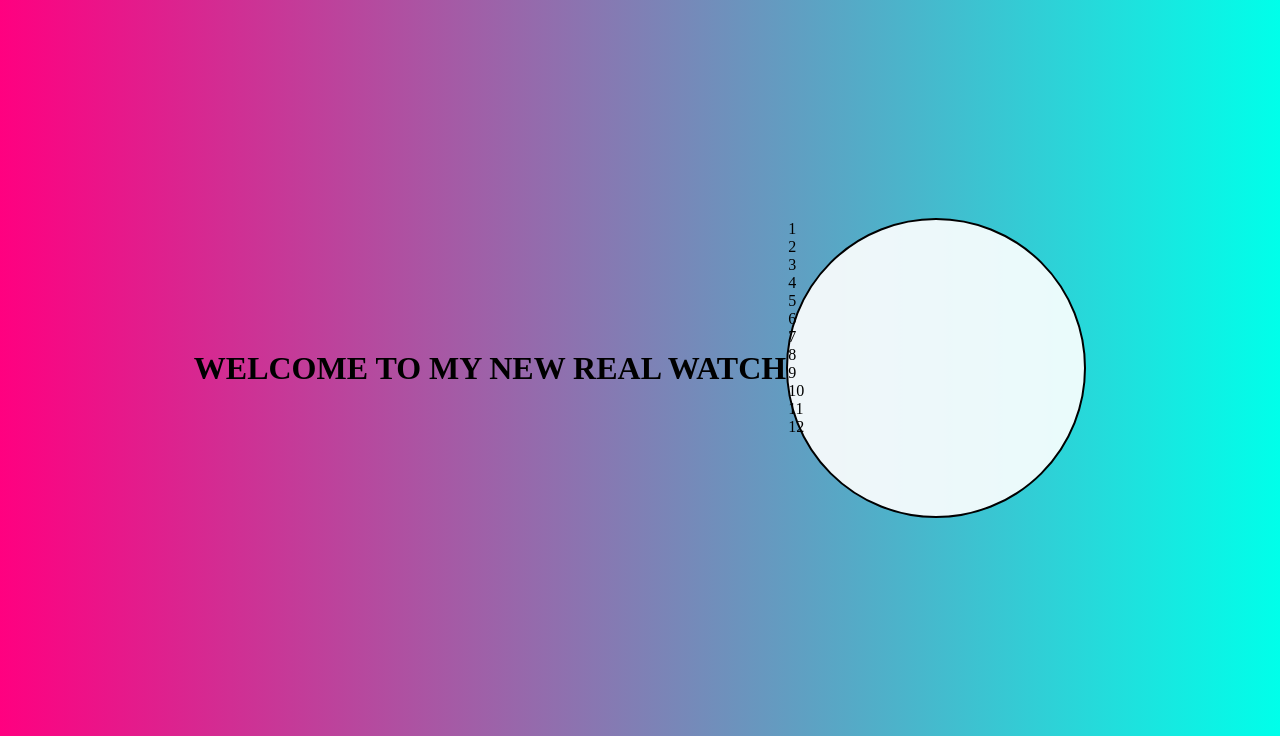
Repository: mirambialex/watch
Page: clock.html
An editor plug-in stored every save of this project. The page is shown before and after the next save, followed by the edit.
The browser window is 1280 px wide. The pictures show the whole page.

Above is the page before, as saved 2024-04-29 11:15:07.
Console error: SyntaxError: Unexpected token 'const'

### clock.html
<!DOCTYPE html>
<html lang="en">
<head>
    <meta charset="UTF-8">
    <meta name="viewport" content="width=device-width, initial-scale=1.0">
    <link rel="stylesheet" href="clock.css">
    <title></title>
</head>
<h1>WELCOME TO MY NEW REAL WATCH</h1>
<body>
    <div class="CLOCK">
        <div class="hour hand" data-hour-hand></div>
        <div class="minute hand" data-minute-hand></div>
        <div class="second hand" data-second-hand></div>
        <div class="NUMBER NUMBER1">1</div>
        <div class="NUMBER NUMBER2">2</div>
        <div class="NUMBER NUMBER3">3</div>
        <div class="NUMBER NUMBER4">4</div>
        <div class="NUMBER NUMBER5">5</div>
        <div class="NUMBER NUMBER6">6</div>
        <div class="NUMBER NUMBER7">7</div>
        <div class="NUMBER NUMBER8">8</div>
        <div class="NUMBER NUMBER9">9</div>
        <div class="NUMBER NUMBER10">10</div>
        <div class="NUMBER NUMBER11">11</div>
        <div class="NUMBER NUMBER12">12</div>

    </div>
    <script>
        setInterval(setCLOCK, 1000)
        const hourHand= document.querySelector ("[data-hour-hand]")
        const minuteHand = document.querySelector ("[data-minute-hand]")
        const secondHand = document.querySelector ("[data-second-hand]")

        function setCLASS() {
            const currentDate=new Date()
            const secondRatio =currentDate.getSeconds() / 60
            const minutesRatio =(secondRatio+currentDate.getMinutes())/
            const hoursRatio=(minutesRatio+currentDate.gethours())/
            setrotatio(secondHand,secondsRatio)
            setratotion(minuteHand,minutesratio)
            setrotatio(hourHand,hoursRatio)
        }function setratotio
</script>

</body>
</html>

### clock.css
*,*::after,*::before{
    box-sizing: border-box;
    font-family: 'Times New Roman', Times, serif;

}
body{
    background: linear-gradient(to right,rgb(255,0,128),hsl(175,100%,50%));
    display: flex;
    justify-content: center;
    align-items: center;
    min-height: 100vh;
    overflow: hidden;

}
.CLOCK{
    width: 300px;
    height: 300px;
    background-color: rgb(255,255,255,.9);
    border-radius: 50%;
    border: 2px solid black;
    position: relative;
}
.CLOCK.NUMBER{
    --rotation:0;
    position: absolute;
    width: 100%;
    height: 100%;
    text-align: center;
    transform: rotate(var(--rotation));
    font-size: 1.5rem;

    .CLOCK.NUMBER1{--rotation:30deg}
    .CLOCK.NUMBER2{--rotation:60deg}
    .CLOCK.NUMBER3{--rotation:90deg}
    .CLOCK.NUMBER4{--rotation:120deg}
    .CLOCK.NUMBER5{--rotation:150deg}
    .CLOCK.NUMBER6{--rotation:180deg}
    .CLOCK.NUMBER7{--rotation:210deg}
    .CLOCK.NUMBER8{--rotation:240deg}
    .CLOCK.NUMBER9{--rotation:270deg}
    .CLOCK.NUMBER10{--rotation:300deg}
    .CLOCK.NUMBER11{--rotation:330deg}

}
.CLOCK.hand{
    --rotation:0;
    position:absolute;
    bottom: 50%;
    left: 50%;
    background-color: black;
    border: 1px solid rgb(136,99,224);
    border-top-left-radius: 10px;
    border-top-right-radius: 10px;
    transform-origin: bottom;
    z-index:10;
    transform: translateX(-50%)rotation(calc(var--rotation)*1deg));

}
.CLOCK::after{
    content: " ";
    position: absolute;
    background-color: black;
    z-index: 11;
    width: 15;
    height: 15;
    top:5%;
    left: 50%;
    transform: translateX(-50%,-50%);
    border-radius: 50%;

}
.CLOCK.hand.second{
    width: 3px;
    height: 45%;
    background-color: rgb(221,65,198);
}
.CLOCK.hand.minute{
    width: 7px;
    height: 40%;
    border-color: rgb(69,19,187);

}
.CLOCK.hand.hour{
    width: 10px;
    height: 35%;
    background-color: rgb(166,209,9);
}
.header{
    font-family: 'Courier New', Courier, monospace;
    text-align: center;
    text-transform: capitalize;
    width: 100px;
    background-color: blueviolet;
    position: top;
}

After the next save:
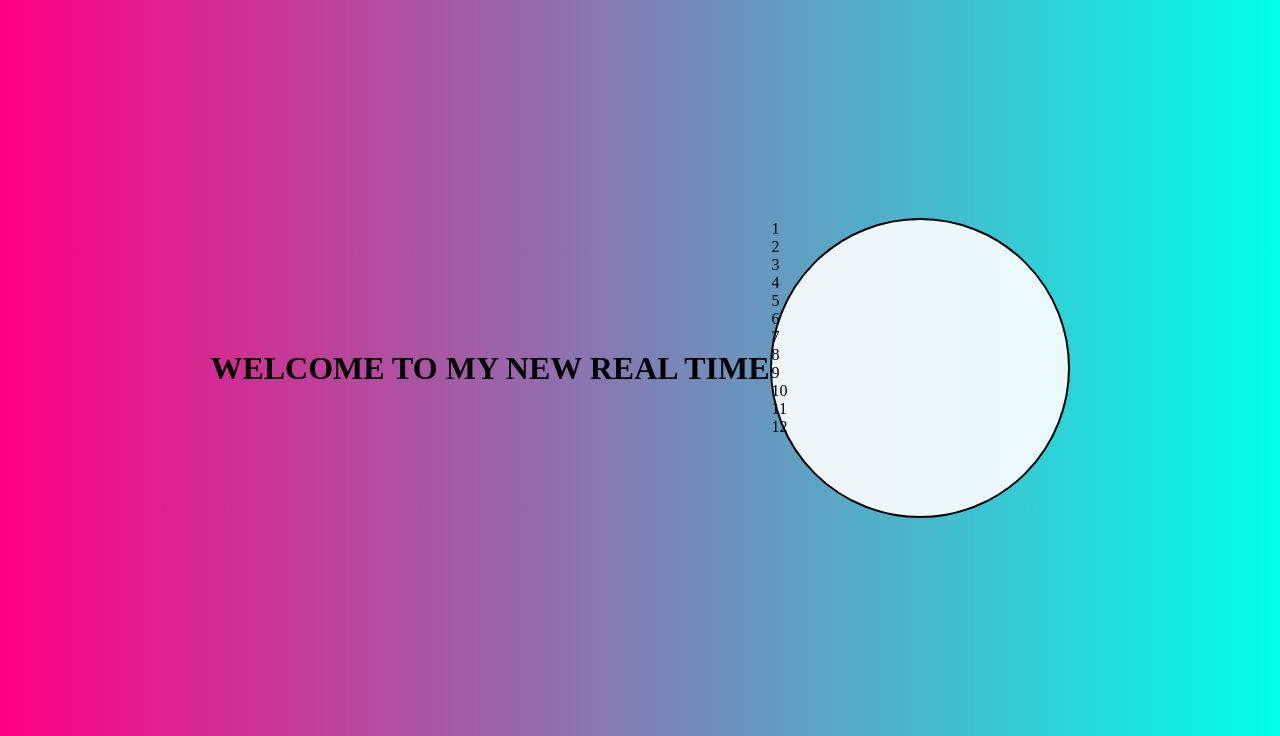
Saved 7 s later.
--- a/clock.html
+++ b/clock.html
@@ -6,7 +6,7 @@
     <link rel="stylesheet" href="clock.css">
     <title></title>
 </head>
-<h1>WELCOME TO MY NEW REAL WATCH</h1>
+<h1>WELCOME TO MY NEW REAL TIME </h1>
 <body>
     <div class="CLOCK">
         <div class="hour hand" data-hour-hand></div>
